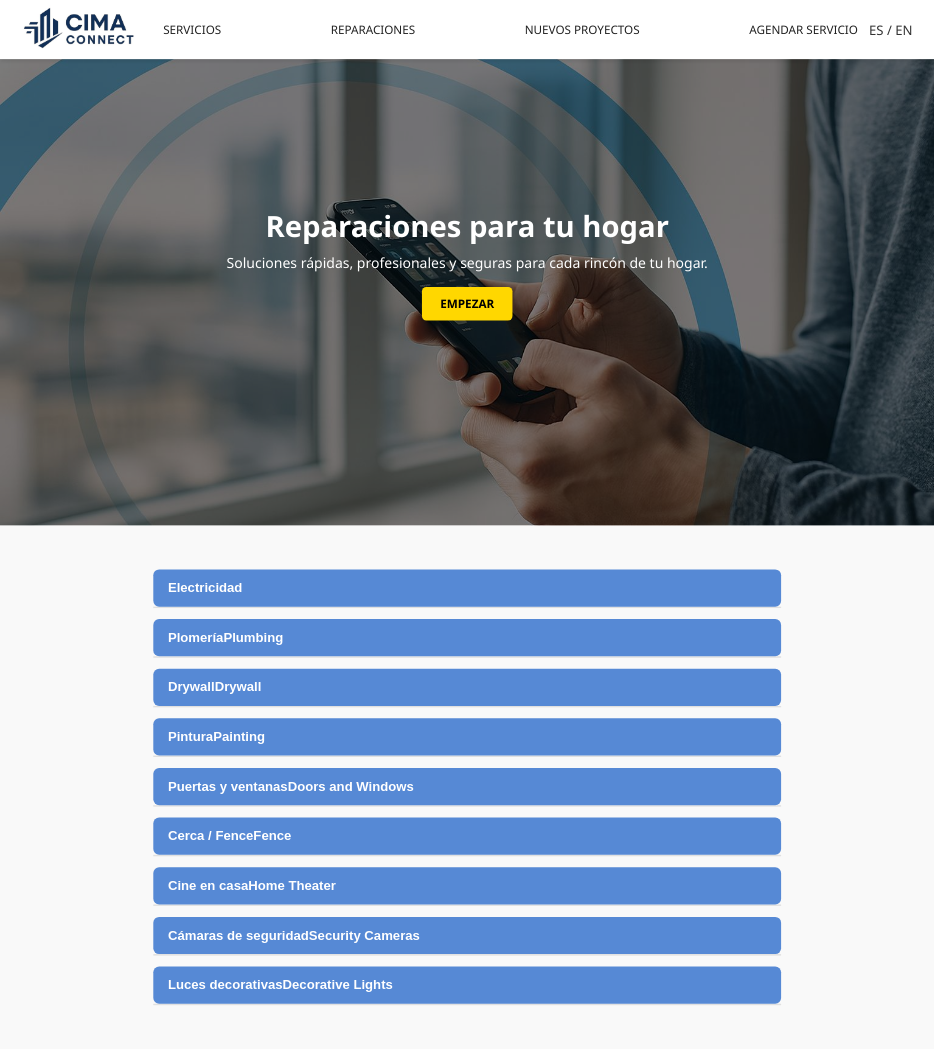
Repository: medranokaren/cima-connect
Page: reparaciones.html
These files come from the project's save history. The page is drawn as it stood at one moment and after the next save; the edit follows.
The browser window is 1280 px wide. The pictures show the whole page, at 73% of full size.

Above is the page before, as saved 2025-07-28 19:51:46.

After the next save:
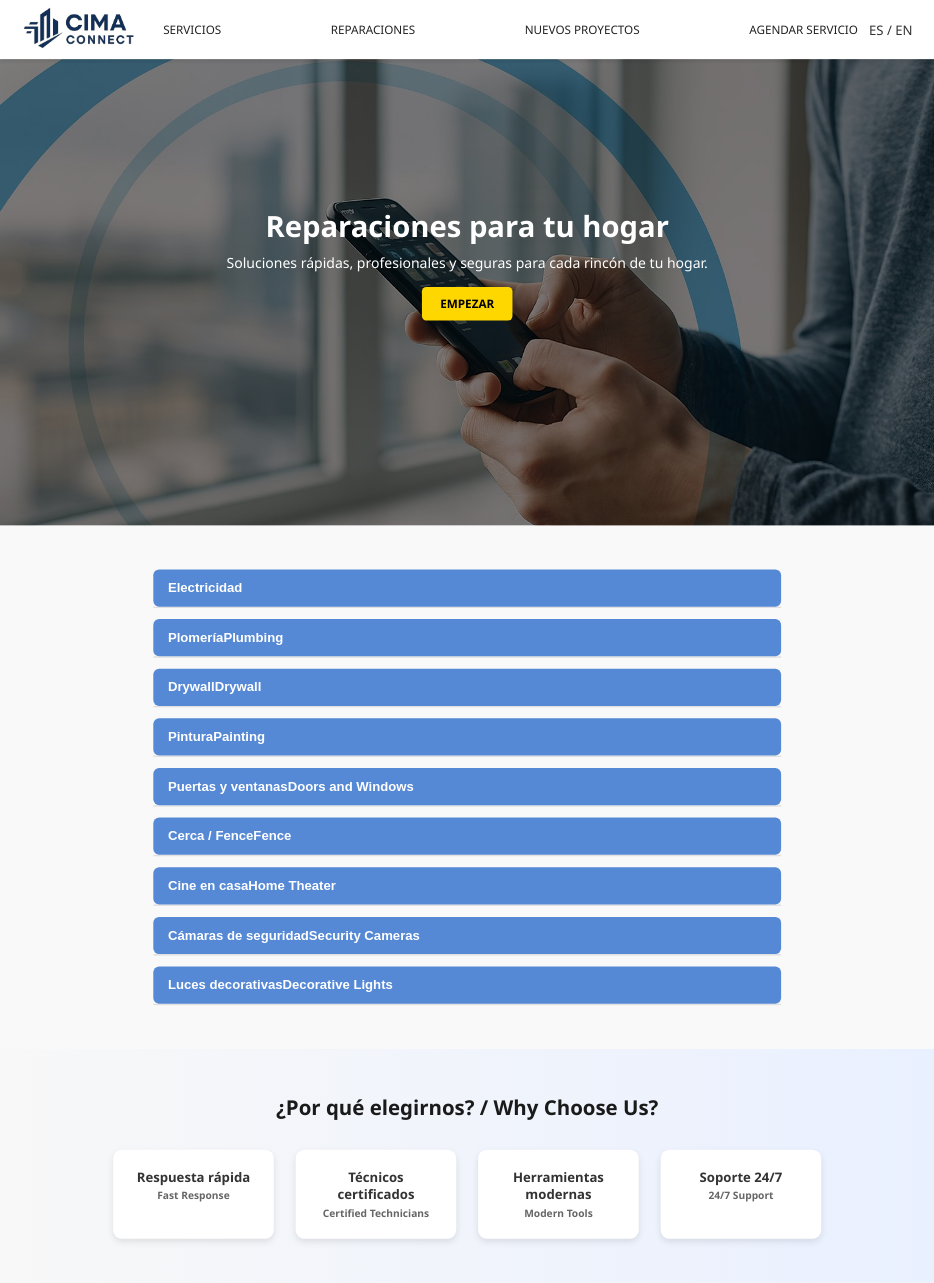
Saved 4 s later.
--- a/reparaciones.html
+++ b/reparaciones.html
@@ -164,6 +164,29 @@
 
 </section>
 
+<section class="why-choose">
+  <h2>¿Por qué elegirnos? / Why Choose Us?</h2>
+  <div class="features">
+    <div class="feature-box">
+      <i class="fas fa-bolt"></i>
+      <h3>Respuesta rápida<br><span>Fast Response</span></h3>
+    </div>
+    <div class="feature-box">
+      <i class="fas fa-user-hard-hat"></i>
+      <h3>Técnicos certificados<br><span>Certified Technicians</span></h3>
+    </div>
+    <div class="feature-box">
+      <i class="fas fa-tools"></i>
+      <h3>Herramientas modernas<br><span>Modern Tools</span></h3>
+    </div>
+    <div class="feature-box">
+      <i class="fas fa-headset"></i>
+      <h3>Soporte 24/7<br><span>24/7 Support</span></h3>
+    </div>
+  </div>
+</section>
+
+
 <script src="script.js"></script>
 </body>
 </html>
